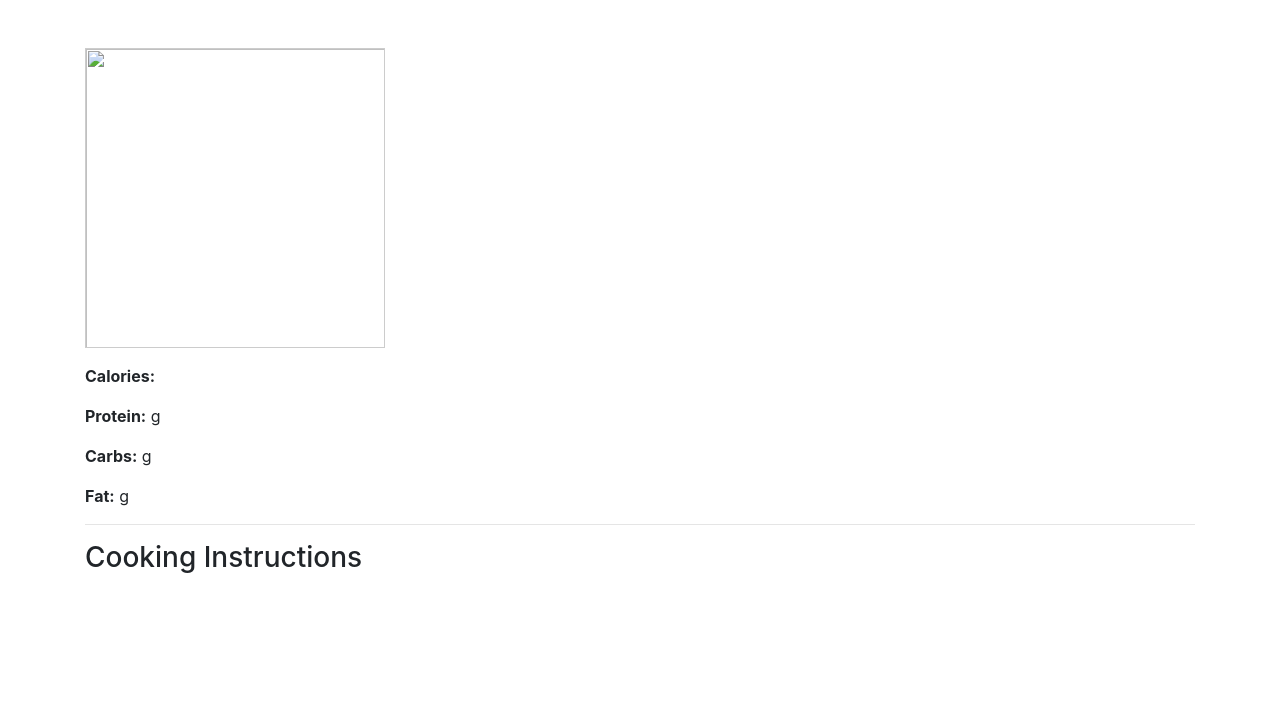
Repository: csc-510-group-15/Project2_MetaFit
Page: http://localhost/meal_plan
These files come from the project's save history. The page is drawn as it stood at one moment and after the next save; the edit follows.
The browser window is 1280 px wide. The pictures show the whole page.
The page is served by the project's application, run on Flask 3 (application.py).

Above is the page before, as saved 2025-02-22 18:06:34.

After the next save:
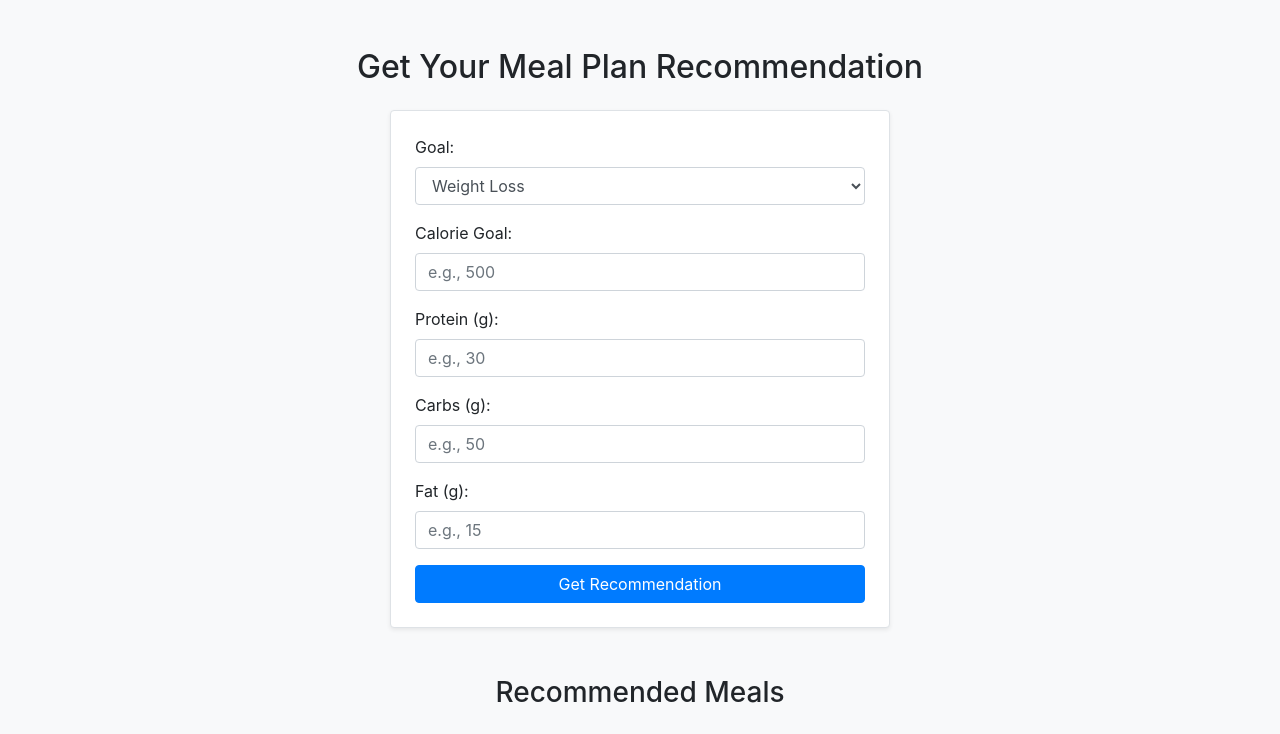
Saved 63 s later.
--- a/templates/meal_plan.html
+++ b/templates/meal_plan.html
@@ -1,34 +1,76 @@
 <!DOCTYPE html>
 <html lang="en">
 <head>
-  <meta charset="UTF-8">
-  <meta name="viewport" content="width=device-width, initial-scale=1">
-  <title>Cooking Guide - {{ food_name }}</title>
-  <link rel="stylesheet" href="https://maxcdn.bootstrapcdn.com/bootstrap/4.0.0/css/bootstrap.min.css">
-  <style>
-    .guide-img {
-      width: 300px;
-      height: 300px;
-      object-fit: cover;
-      border: 1px solid #ccc;
-    }
-  </style>
+    <meta charset="UTF-8">
+    <title>{{ title }}</title>
+
+    <!-- Bootstrap CSS for styling -->
+    <!-- Adds Bootstrap for easy styling of form elements and the table -->
+    <link rel="stylesheet" href="https://stackpath.bootstrapcdn.com/bootstrap/4.5.2/css/bootstrap.min.css">
+
+    <!-- jQuery library for handling AJAX requests -->
+    <script src="https://code.jquery.com/jquery-3.6.0.min.js"></script>
 </head>
-<body>
-  <div class="container mt-5">
-    <h1>{{ food_name }}</h1>
-    <img src="{{ image_url }}" alt="{{ food_name }}" class="guide-img mb-3">
-    <p><strong>Calories:</strong> {{ calories }}</p>
-    <p><strong>Protein:</strong> {{ protein }}g</p>
-    <p><strong>Carbs:</strong> {{ carbs }}g</p>
-    <p><strong>Fat:</strong> {{ fat }}g</p>
-    <hr>
-    <h3>Cooking Instructions</h3>
-    <ol>
-      {% for step in steps %}
-      <li>{{ step }}</li>
-      {% endfor %}
-    </ol>
-  </div>
+<body class="bg-light">
+    <!-- Main container for the page content -->
+    <div class="container mt-5">
+
+        <!-- Header for the page title -->
+        <h2 class="text-center mb-4">Get Your Meal Plan Recommendation</h2>
+
+        <!-- Meal Plan Form (centered in the container) -->
+        <!-- The form uses Bootstrap classes for styling and is centered within the page -->
+        <div class="d-flex justify-content-center">
+            <form id="meal-plan-form" onsubmit="getMealPlan(event)" class="p-4 border rounded shadow-sm bg-white" style="width: 100%; max-width: 500px;">
+
+                <!-- Dropdown for selecting the goal -->
+                <div class="form-group">
+                    <label for="goal">Goal:</label>
+                    <select name="goal" id="goal" class="form-control">
+                        <option value="Weight Loss">Weight Loss</option>
+                        <option value="Muscle Gain">Muscle Gain</option>
+                        <option value="Maintenance">Maintenance</option>
+                    </select>
+                </div>
+
+                <!-- Input field for calorie goal -->
+                <div class="form-group">
+                    <label for="calories">Calorie Goal:</label>
+                    <input type="number" id="calories" name="calories" placeholder="e.g., 500" class="form-control">
+                </div>
+
+                <!-- Input field for protein in grams -->
+                <div class="form-group">
+                    <label for="protein">Protein (g):</label>
+                    <input type="number" id="protein" name="protein" placeholder="e.g., 30" class="form-control">
+                </div>
+
+                <!-- Input field for carbs in grams -->
+                <div class="form-group">
+                    <label for="carbs">Carbs (g):</label>
+                    <input type="number" id="carbs" name="carbs" placeholder="e.g., 50" class="form-control">
+                </div>
+
+                <!-- Input field for fat in grams -->
+                <div class="form-group">
+                    <label for="fat">Fat (g):</label>
+                    <input type="number" id="fat" name="fat" placeholder="e.g., 15" class="form-control">
+                </div>
+
+                <!-- Submit button to fetch the meal plan recommendation -->
+                <button type="submit" class="btn btn-primary btn-block">Get Recommendation</button>
+            </form>
+        </div>
+
+        <!-- Section for displaying the recommended meals -->
+        <!-- This section will display the results from the AJAX request in a table format -->
+        <h3 class="text-center mt-5">Recommended Meals</h3>
+        <div id="meal-plan-result" class="mt-4">
+            <!-- JavaScript will inject the results table here after form submission -->
+        </div>
+    </div>
+
+    <!-- Custom JavaScript file for handling the form submission and displaying results -->
+    <script src="{{ url_for('static', filename='js/meal_plan.js') }}"></script>
 </body>
 </html>
